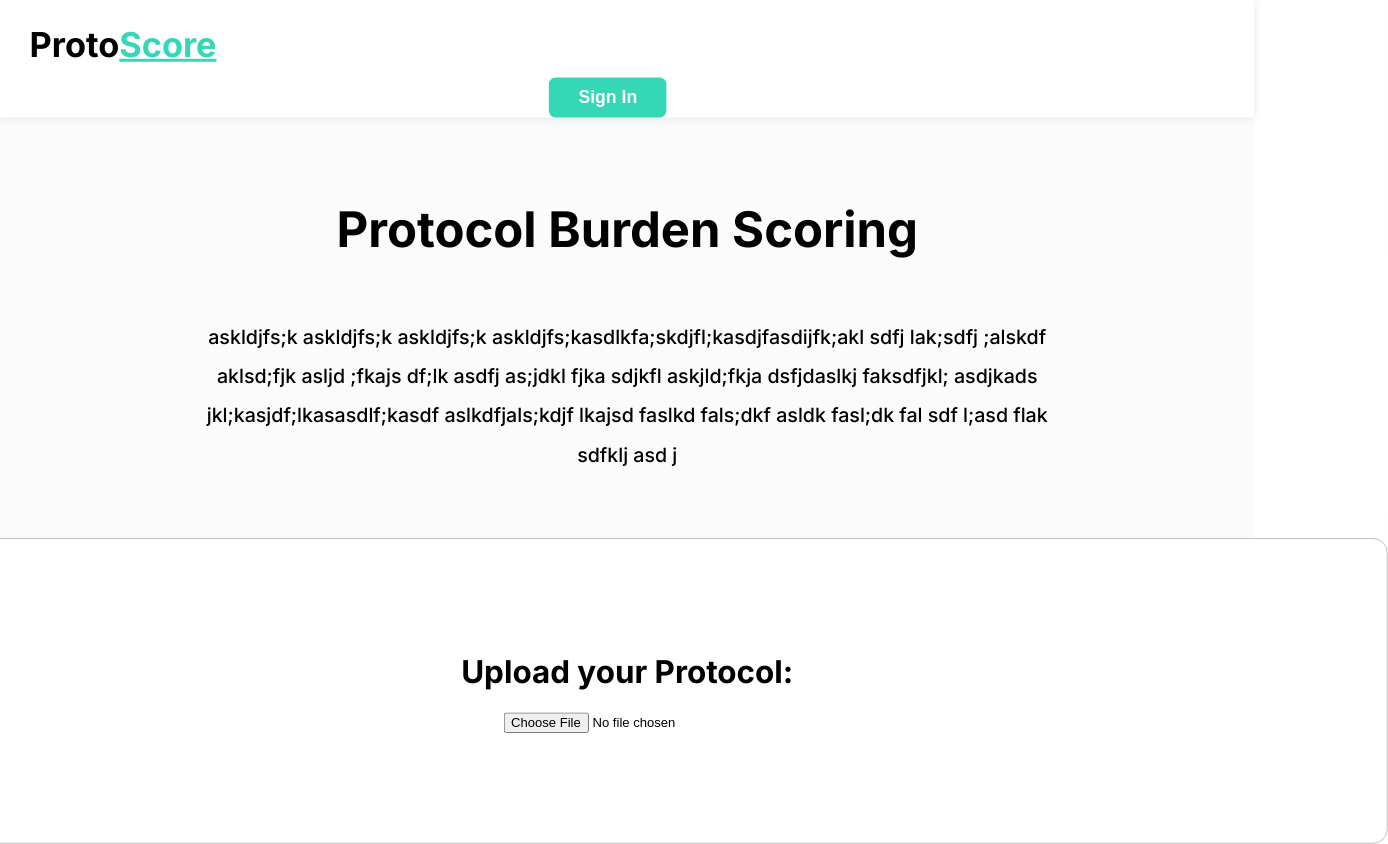
Repository: evanc108/Regeneron2024
Page: / (app in regeneron/)
These files come from the project's save history. The page is drawn as it stood at one moment and after the next save; the edit follows.
The browser window is 1280 px wide. The page is 1416 px wide, then 1280 px, then 1416 px, so the pictures cover 1416 px, including what lies to the right of the window. The pictures show the whole page, at 98% of full size.
The project was rebuilt for these pictures with package versions that can differ from the ones it lists, and the page was loaded fresh each time.

Above is the page before, as saved 2024-05-14 02:46:35.

### regeneron/src/App.js
import './App.css';
import React, { useState } from 'react';
import Feedback from './pages/Feedback';


function App() {
  return (
    <div className="App">
      <div style={{backgroundColor: "white", width: "100%", padding: "0.2px", boxShadow: "0px 0px 10px rgba(0, 0, 0, 0.1)"}}>
        <h1 style={{ marginLeft: "30px", fontSize: "35px", textAlign: "left"}}>
          <span style={{color: "black"}}>Proto</span>
          <span style={{color: "#36d7b7", textDecoration: "underline"}}>Score</span>
        </h1>
        <button style={{ marginRight: "40px", marginTop: "-65px", backgroundColor:"#36d7b7", border:"none", color:"white", padding:"10px 30px 10px 30px", borderRadius:"7px", fontSize:"18px", fontWeight:"bold"}}>Sign In</button>
      </div>


      {/* <input value={inputValue} onChange={handleChange}></input>
      <button onClick={sendRequest}>Click me</button>
      <div>
        <p>Physical Burden: {burden.physical}</p>
        <p>Logistical Burden: {burden.logistical}</p>
        <p>Financial: {burden.financial}</p>
        <p>Psychological Burden: {burden.psychological}</p>
      </div> */}
      <Feedback></Feedback>
    </div>
  );
}

export default App;

### regeneron/src/App.css
.App {
  text-align: center;
  background-color: #fbfbfb;
  margin: 0;
  height: 110vh;
}

body {
  font-family: 'Inter', sans-serif;
  margin: 0;
  padding: 0;
  height: 110vh;
}

.App-logo {
  height: 40vmin;
  pointer-events: none;
}

@media (prefers-reduced-motion: no-preference) {
  .App-logo {
    animation: App-logo-spin infinite 20s linear;
  }
}

.App-header {
  background-color: #282c34;
  min-height: 100vh;
  display: flex;
  flex-direction: column;
  align-items: center;
  justify-content: center;
  font-size: calc(10px + 2vmin);
  color: white;
}

.App-link {
  color: #61dafb;
}

@keyframes App-logo-spin {
  from {
    transform: rotate(0deg);
  }
  to {
    transform: rotate(360deg);
  }
}

### regeneron/src/pages/Feedback.js
import React, { useState } from 'react';
import '../styles/feedback.css';
import { handleExtraction } from '../openAIServices';
import { PropagateLoader } from 'react-spinners';

function Feedback() {
    const [fileUploaded, setFileUploaded] = useState(false);
    const [loading, setLoading] = useState(false);
    const [burden, setBurden] = useState({});
    const [pdfUrl, setPdfUrl] = useState("");

    const handleFileUpload = async (text) => {
        setLoading(true);
        // Uncomment and use when API is connected
        // const response = await handleExtraction(text);
        // setBurden(response);
        setFileUploaded(true);
        setLoading(false);
    };

    function extractText(event) {
        const file = event.target.files[0];
        if (file) {
            const url = URL.createObjectURL(file);
            setPdfUrl(url);
            setFileUploaded(true);

            const reader = new FileReader();
            reader.onload = async (e) => {
                const text = await reader.result;
                console.log(text);
                handleFileUpload(text);
            };
            reader.readAsText(file);
        }
    }

    return (
        <div className="feedback-container">
            {!fileUploaded && (
                <div style={{display:"flex", flexDirection:"column", justifyContent:"center", alignItems:"center", marginTop:"5%"}}>
                    <div className="onboarding">
                        <h1 style={{fontSize:"50px", marginBottom:"40px"}}>Protocol Burden Scoring</h1>
                        <p style={{textOverflow: "ellipsis", whiteSpace: "normal", width: "900px", lineHeight:"40px"}}>
                            askldjfs;k askldjfs;k askldjfs;k askldjfs;kasdlkfa;skdjfl;kasdjfasdijfk;akl sdfj lak;sdfj ;alskdf aklsd;fjk asljd ;fkajs df;lk asdfj as;jdkl fjka sdjkfl askjld;fkja dsfjdaslkj faksdfjkl; asdjkads jkl;kasjdf;lkasasdlf;kasdf aslkdfjals;kdjf lkajsd faslkd fals;dkf asldk fasl;dk fal sdf l;asd flak sdfklj asd j</p>
                    </div>
                    <div className='upload-file'>
                        {!fileUploaded && !loading && (
                            <div>
                                <h1>Upload your Protocol:</h1>
                                <input
                                    type="file"
                                    accept=".pdf"
                                    onChange={extractText}
                                />
                            </div>
                        )}
                        {loading && (
                            <div style={{ marginTop: "30px" }}>
                                <h2>Calculating Burden...</h2>
                                <PropagateLoader color="#36d7b7" />
                            </div>
                        )}
                    </div>
                </div>
            )}

            {fileUploaded && !loading && (
                <div className="protocol-container">
                    <div className="iframe-container">
                        <iframe src={pdfUrl} style={{ width: '100%', height: '100%' }}></iframe>
                    </div>
                </div>
            )}
            {fileUploaded && !loading && (
                <div className="score-container">
                    <div>
                        <p style={{ fontSize: '17px', fontWeight: '300', marginBottom: '-3px' }}>Burden Score</p>
                        <span style={{ fontSize: '50px', fontWeight: '600' }}>{burden.score || 'N/A'}</span>
                    </div>
                </div>
            )}
        </div>
    );
}

export default Feedback;

### regeneron/src/styles/feedback.css
.feedback-container {
    display: flex;
    flex-direction: row;
    justify-content: center;
    margin-top: -2.5%;
    align-items: center;
}

.onboarding {
    font-size: 20px;
    font-weight: 500;
    margin-top: 2%;
    display: flex;
    flex-direction: column;
    justify-content: center;
    align-items: center;
}

.upload-file {
    border-color: rgb(189, 189, 189);
    border-width: 1px;
    border-style: solid;
    padding-left: 100px;
    padding-right: 100px;
    width: 150%;
    height: 30vh;
    margin-top: 5%;
    border-radius: 15px;
    background-color: white;
    overflow: hidden;
    padding-top: 10.5%;
}

.protocol-container {
    border-color: rgb(189, 189, 189);
    border-width: 1px;
    border-style: solid;
    padding-left: 100px;
    padding-right: 100px;
    width: 40%;
    height: 68vh;
    margin-top: 5%;
    border-radius: 15px;
    background-color: white;
    overflow: hidden;
    padding-top: 10.5%;
}

.score-container {
    border-color: rgb(189, 189, 189);
    border-width: 1px;
    border-style: solid;
    padding: 100px;
    width: 10%;
    height: 65.3vh;
    margin-top: 5%;
    border-radius: 15px;
    background-color: white;
    margin-left: 30px;
}

.score {
    font-size: large;
}

.unique-score {
    font-size: 86px;
    font-weight: 500;
}


.iframe-container {
    top: -28%;
    width: 130%;
    left: -15%;
    height: 150%;  /* Adjust height as needed */
    overflow: hidden;
    position: relative;
}

Loaded but not shown: regeneron/public/index.html (common file); regeneron/src/index.js (common file); regeneron/src/openAIServices.js (no copy from this time; the picture is the same without it)

After the next save:
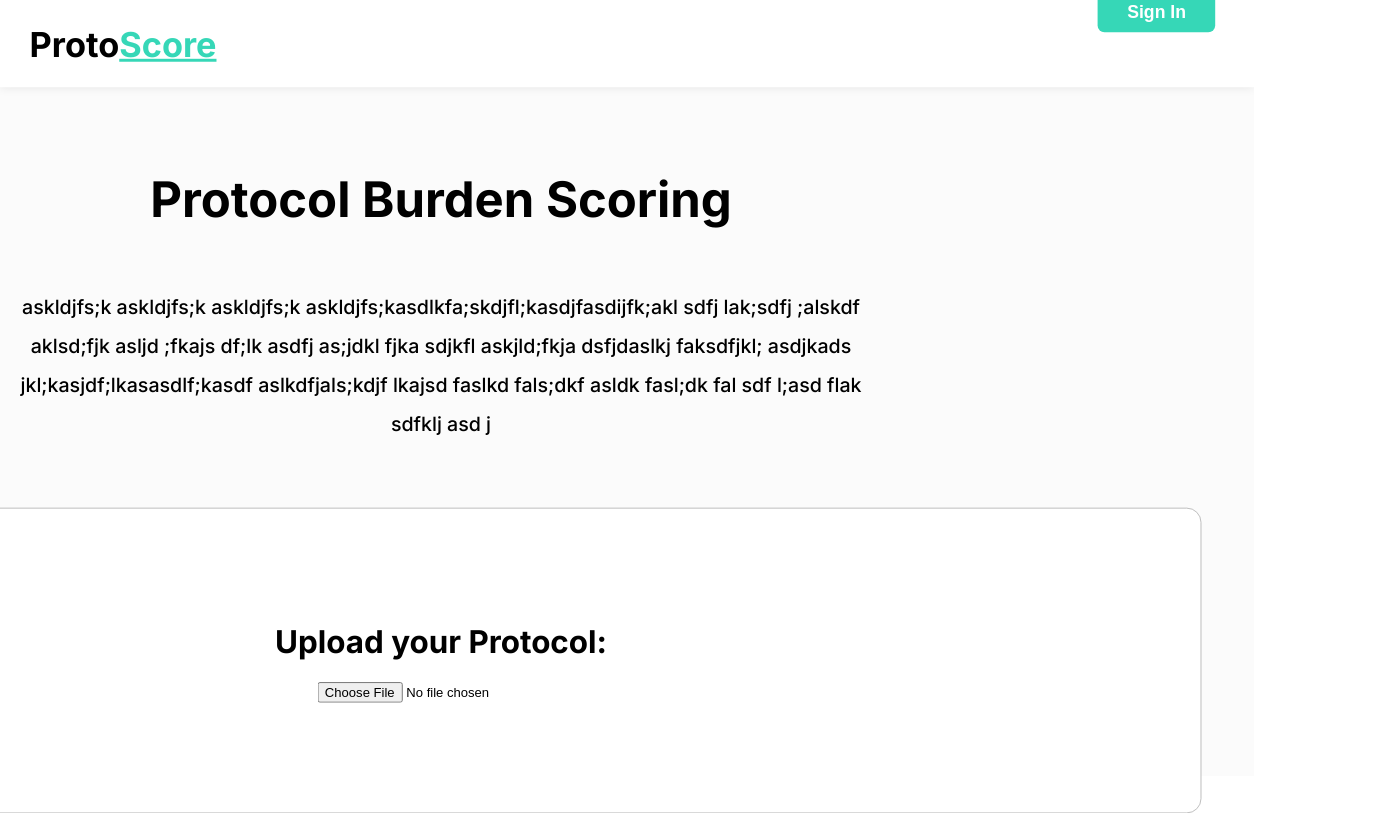
Saved 77 s later.
--- a/regeneron/src/App.css
+++ b/regeneron/src/App.css
@@ -10,6 +10,16 @@
   margin: 0;
   padding: 0;
   height: 110vh;
+}
+
+.App > div { /* Target the direct child div of .App */
+  display: flex;         /* Enable flexbox */
+  justify-content: space-between; /* Distribute space between items */
+  align-items: center;   /* Vertically align items to the center */
+}
+
+.App > div button {      /* Target the button specifically */
+  margin-top: 0;        /* Reset the existing margin */
 }
 
 .App-logo {

After the save that followed:
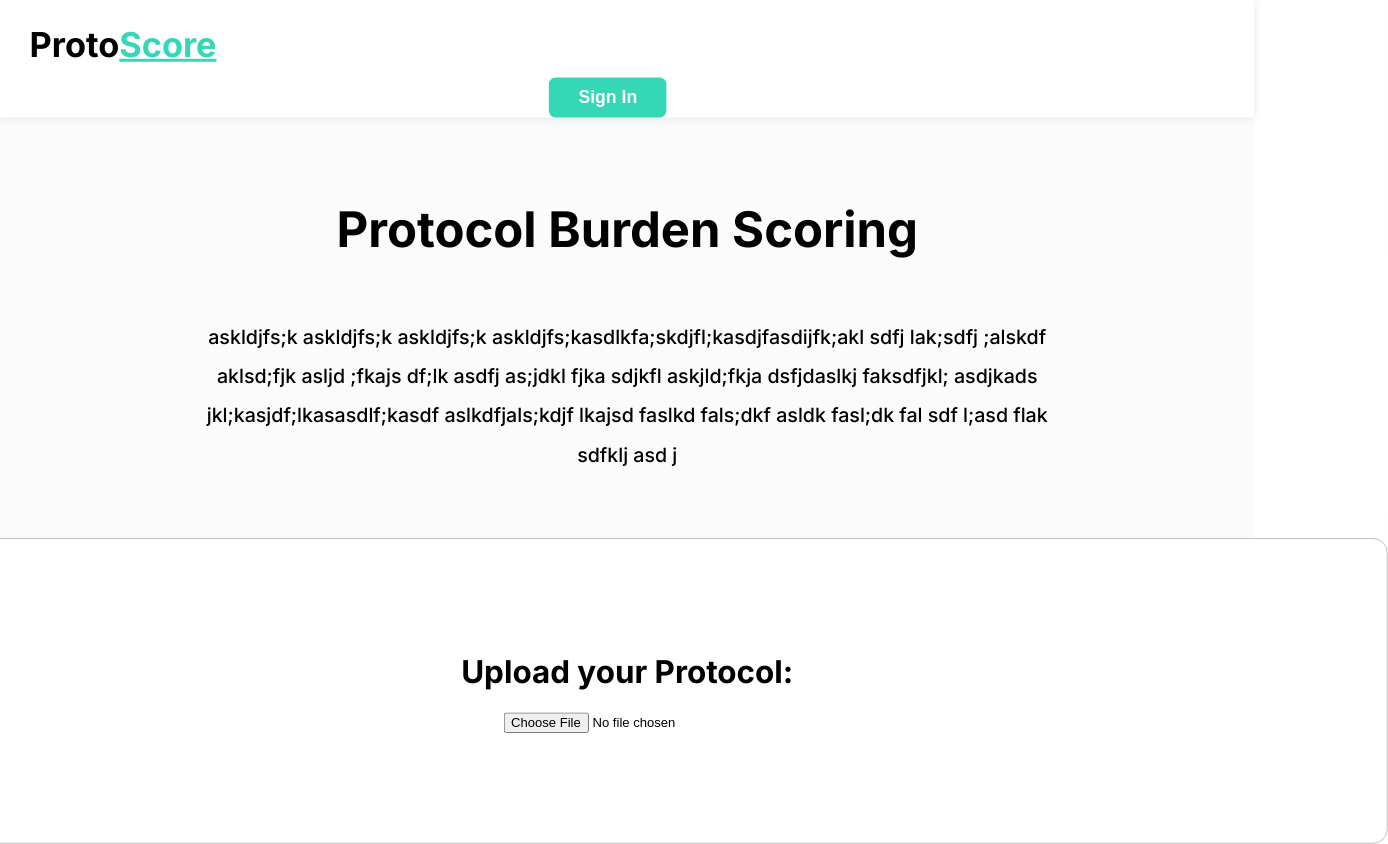
Saved 4 s later.
--- a/regeneron/src/App.css
+++ b/regeneron/src/App.css
@@ -10,16 +10,6 @@
   margin: 0;
   padding: 0;
   height: 110vh;
-}
-
-.App > div { /* Target the direct child div of .App */
-  display: flex;         /* Enable flexbox */
-  justify-content: space-between; /* Distribute space between items */
-  align-items: center;   /* Vertically align items to the center */
-}
-
-.App > div button {      /* Target the button specifically */
-  margin-top: 0;        /* Reset the existing margin */
 }
 
 .App-logo {
